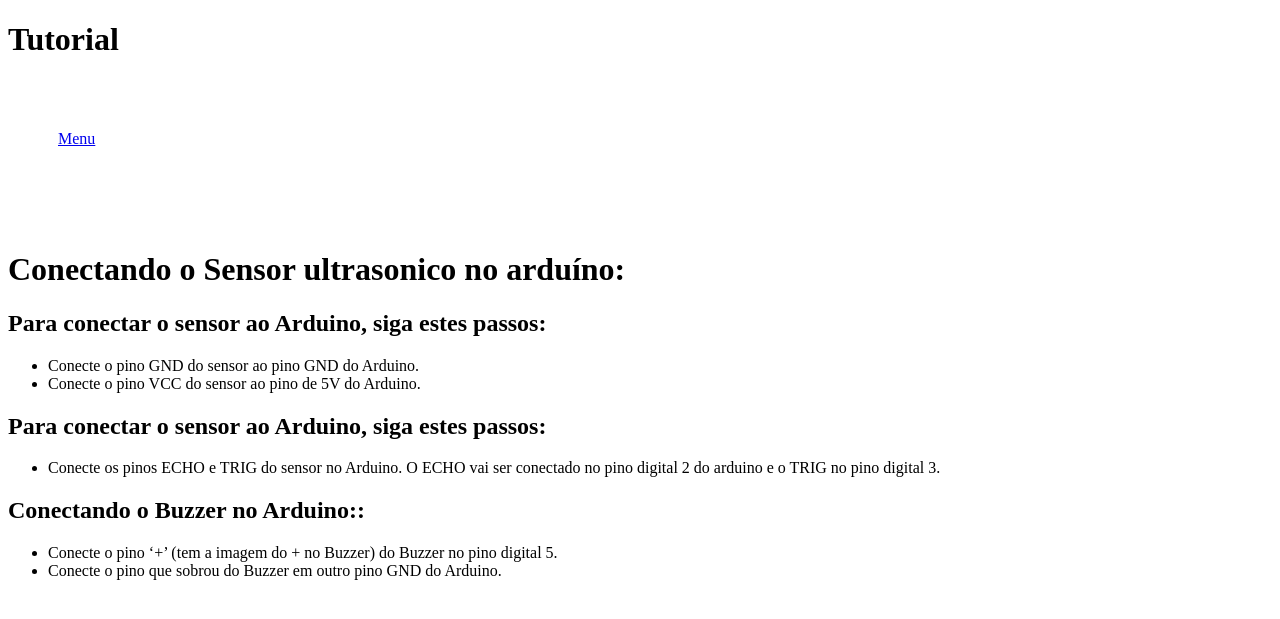
Repository: Eito2511/Site-tutorial-arduino
Page: tutorial.html
An editor plug-in stored every save of this project. The page is shown before and after a run of saves, followed by the edit.
The browser window is 1280 px wide. The pictures show the whole page.

Above is the page before, as saved 2025-06-03 18:18:52.

### tutorial.html
<!DOCTYPE html>
<html lang="en">
  <head>
    <meta charset="UTF-8" />
    <meta name="viewport" content="width=device-width, initial-scale=1.0" />
    <title>Tutorial</title>
  </head>
  <body>
    <header>
      <h1 class="titulo">Tutorial</h1>
    </header>

    <section style="height: 50px; padding: 50px">
      <a href="index.html" class="btn">Menu</a>
    </section>

    <div>
      <h1>Conectando o Sensor ultrasonico no arduíno:</h1>
      <h2>Para conectar o sensor ao Arduino, siga estes passos:</h2>
      <ul>
        <li>Conecte o pino GND do sensor ao pino GND do Arduino.</li>
        <li>Conecte o pino VCC do sensor ao pino de 5V do Arduino.</li>
      </ul>
    </div>

    <div>
      <h2>Para conectar o sensor ao Arduino, siga estes passos:</h2>
      <ul>
        <li>
          Conecte os pinos ECHO e TRIG do sensor no Arduino. O ECHO vai ser
          conectado no pino digital 2 do arduino e o TRIG no pino digital 3.
        </li>
      </ul>
    </div>

    <div>
      <h2>Conectando o Buzzer no Arduino::</h2>
      <ul>
        <li>
          Conecte o pino ‘+’ (tem a imagem do + no Buzzer) do Buzzer no pino
          digital 5.
        </li>
        <li>
          Conecte o pino que sobrou do Buzzer em outro pino GND do Arduino.
        </li>
      </ul>
    </div>
  </body>
</html>

After the next 2 saves:
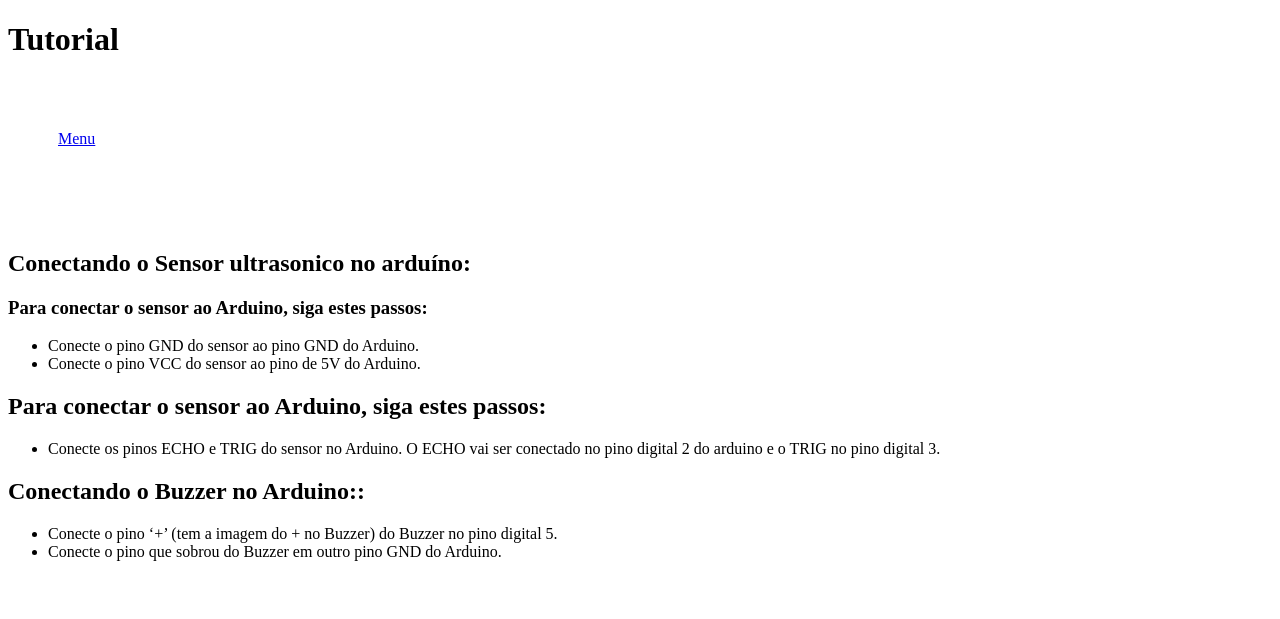
The 2 saves are shown as one change because they came seconds apart.
The last was saved 22 s later.
--- a/tutorial.html
+++ b/tutorial.html
@@ -15,8 +15,8 @@
     </section>
 
     <div>
-      <h1>Conectando o Sensor ultrasonico no arduíno:</h1>
-      <h2>Para conectar o sensor ao Arduino, siga estes passos:</h2>
+      <h2>Conectando o Sensor ultrasonico no arduíno:</h1>
+      <h3>Para conectar o sensor ao Arduino, siga estes passos:</h2>
       <ul>
         <li>Conecte o pino GND do sensor ao pino GND do Arduino.</li>
         <li>Conecte o pino VCC do sensor ao pino de 5V do Arduino.</li>
